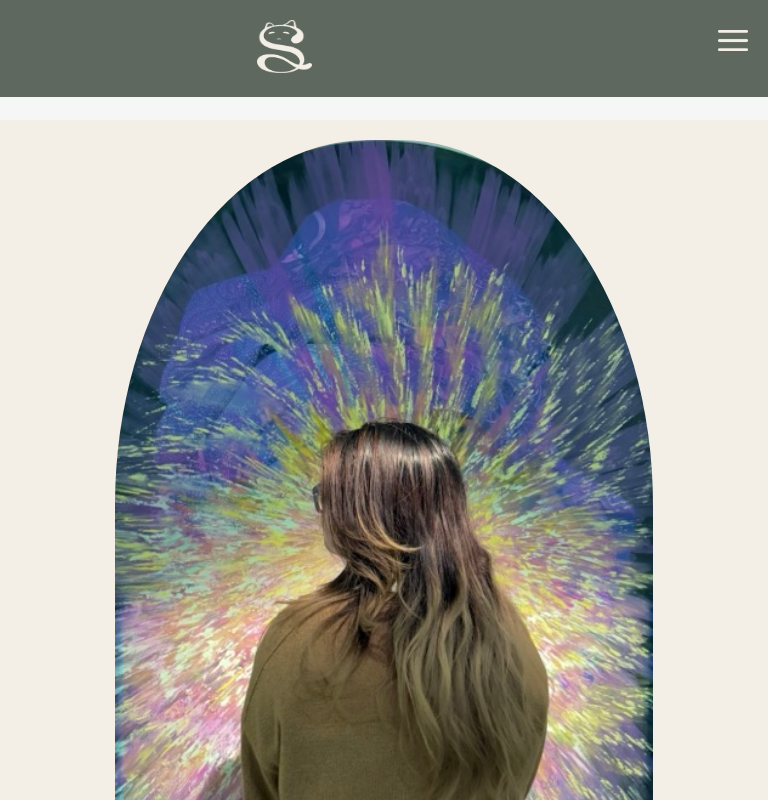
Repository: SandyLy453/portfolio
Page: /
These files come from the project's save history. The page is drawn as it stood at one moment and after the next save; the edit follows.
The browser window is 768 px wide. The pictures show the whole page.
An inner scrolling area shows only its first screen. The project was rebuilt for these pictures with package versions that can differ from the ones it lists, and the page was loaded fresh each time. The framework's server and built-in components were replaced by stand-ins that run in the browser. Also part of the build but not shown: next.config.mjs, modules/Footer/Footer.module.css, modules/Footer/Footer.js, modules/ProjectCard/ProjectCard.module.css, modules/ProjectCard/Projectcard.js.

Above is the page before, as saved 2025-02-17 17:17:43.

After the next save:
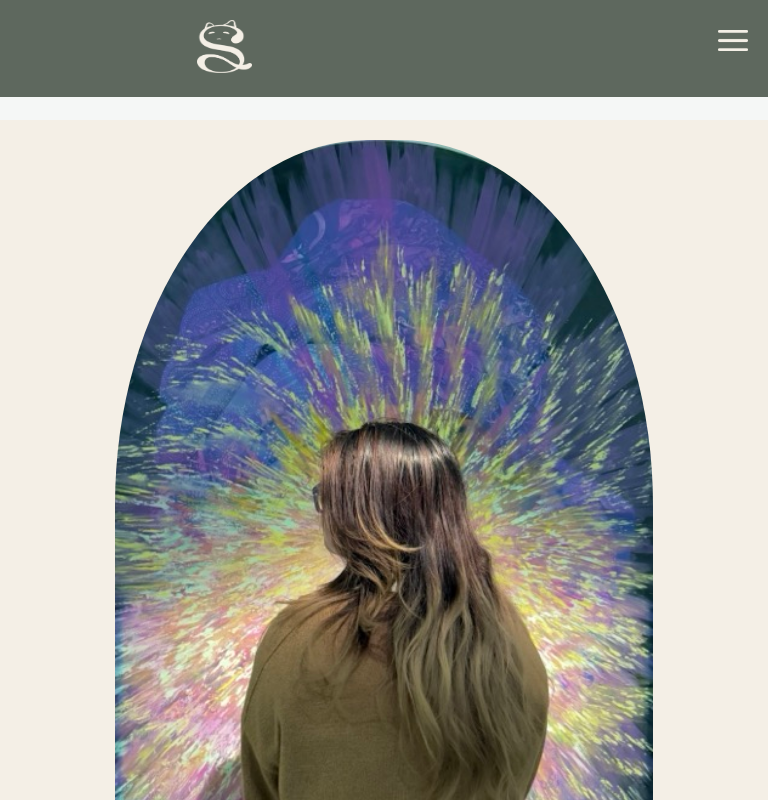
Saved 4 s later.
--- a/modules/Header/Header.module.css
+++ b/modules/Header/Header.module.css
@@ -104,6 +104,6 @@
     .logo {
         position: relative;
         top: 0px;
-        left: -50px;
+        left: -80px;
     }
 }
